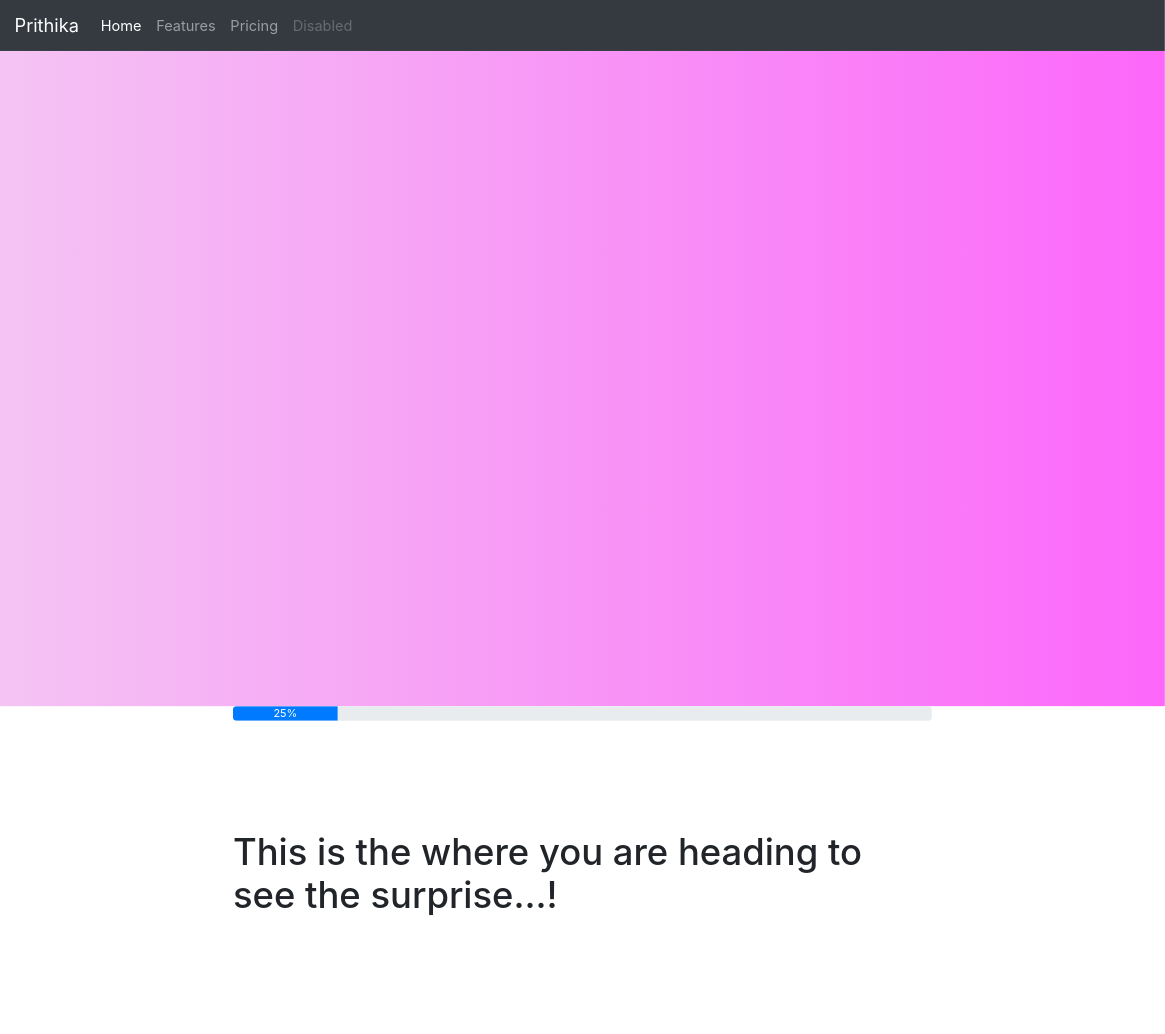
Repository: Imprasna/pritk
Page: index.html
The author's editor kept a copy of each file at every save. The page is drawn from the files as they stood at one save, then again after the next save.
The browser window is 1280 px wide. The pictures show the whole page, at 91% of full size.

Above is the page before, as saved 2021-12-15 14:19:40.

### index.html
<!DOCTYPE html>
<html lang="en">

<head>
    <meta charset="UTF-8">
    <meta http-equiv="X-UA-Compatible" content="IE=edge">
    <meta name="viewport" content="width=device-width, initial-scale=1.0">
    <link rel="stylesheet" href="style.css">
    <link rel="stylesheet" href="https://cdn.jsdelivr.net/npm/bootstrap@4.6.1/dist/css/bootstrap.min.css" integrity="sha384-zCbKRCUGaJDkqS1kPbPd7TveP5iyJE0EjAuZQTgFLD2ylzuqKfdKlfG/eSrtxUkn" crossorigin="anonymous">
    <title>Prithika</title>
</head>

<body>

    <header>
        <nav class="navbar navbar-expand-lg navbar-dark bg-dark">
            <a class="navbar-brand" href="#">Prithika</a>
            <button class="navbar-toggler" type="button" data-toggle="collapse" data-target="#navbarNav" aria-controls="navbarNav" aria-expanded="false" aria-label="Toggle navigation">
              <span class="navbar-toggler-icon"></span>
            </button>
            <div class="collapse navbar-collapse" id="navbarNav">
              <ul class="navbar-nav">
                <li class="nav-item active">
                  <a class="nav-link" href="#">Home <span class="sr-only">(current)</span></a>
                </li>
                <li class="nav-item">
                  <a class="nav-link" href="#">Features</a>
                </li>
                <li class="nav-item">
                  <a class="nav-link" href="#">Pricing</a>
                </li>
                <li class="nav-item">
                  <a class="nav-link disabled">Disabled</a>
                </li>
              </ul>
            </div>
          </nav>
    </header>



    <main>

        <section>
            <div class="hero">

            </div>
        </section>

        <section>
            <div class="two">
            <div class="progress">
                <div class="progress-bar" role="progressbar" style="width: 15%;" aria-valuenow="25" aria-valuemin="0" aria-valuemax="100">25%</div>
              </div>
            <h1>This is the where you are heading to see the surprise...!</h1>
        </div>
        </section>


    </main>

    <footer>

    </footer>










    <script src="https://cdn.jsdelivr.net/npm/jquery@3.5.1/dist/jquery.slim.min.js" integrity="sha384-DfXdz2htPH0lsSSs5nCTpuj/zy4C+OGpamoFVy38MVBnE+IbbVYUew+OrCXaRkfj" crossorigin="anonymous"></script>
    <script src="https://cdn.jsdelivr.net/npm/popper.js@1.16.1/dist/umd/popper.min.js" integrity="sha384-9/reFTGAW83EW2RDu2S0VKaIzap3H66lZH81PoYlFhbGU+6BZp6G7niu735Sk7lN" crossorigin="anonymous"></script>
    <script src="https://cdn.jsdelivr.net/npm/bootstrap@4.6.1/dist/js/bootstrap.min.js" integrity="sha384-VHvPCCyXqtD5DqJeNxl2dtTyhF78xXNXdkwX1CZeRusQfRKp+tA7hAShOK/B/fQ2" crossorigin="anonymous"></script>
    <script src="app.js"></script>
</body>

</html>

### style.css
@import url('https://fonts.googleapis.com/css2?family=Mulish:wght@200;300;400;500;600;700&display=swap');

* {
    margin: 0;
    padding: 0;
    box-sizing: border-box;
}

html, body {
    font-family: 'Mulish', sans-serif;
    scroll-behavior: smooth;
}

.hero {
    height: 100vh;
    width: 100%;
    background: linear-gradient(to right, #f4c4f3, #fc67fa);
}

.two {
    width: 60%;
    margin: 0 auto;
    height: 50vh;
    display: grid;
    pi
}

### app.js
$(document).ready(function() {

    // Transition effect for navbar and back-to-top icon
    $(window).scroll(function() {
      // checks if window is scrolled more than 500px, adds/removes solid class
      if($(this).scrollTop() > 550) {
          $('.navbar').addClass('solid');
          $('.back-to-top').addClass('visible');
      } else {
          $('.navbar').removeClass('solid');
          $('.back-to-top').removeClass('visible');
      }

    });


    // Scrolling effect for Arrow icons
    $("#scrollIcon").click(function(e) {
        e.preventDefault();
        $.scrollTo($("#about"), 1000);
    });
    $("#nav-about").click(function(e) {
        e.preventDefault();
        $.scrollTo($("#about"), 1000);
    });
    $("#nav-portfolio").click(function(e) {
        e.preventDefault();
        $.scrollTo($("#portfolio"), 1000);
    });
    $("#nav-contact").click(function(e) {
        e.preventDefault();
        $.scrollTo($("#contact"), 1000);
    });
    $(".navbar-brand").click(function(e) {
        e.preventDefault();
        $.scrollTo(0, 1000);
    });

  });

After the next save:
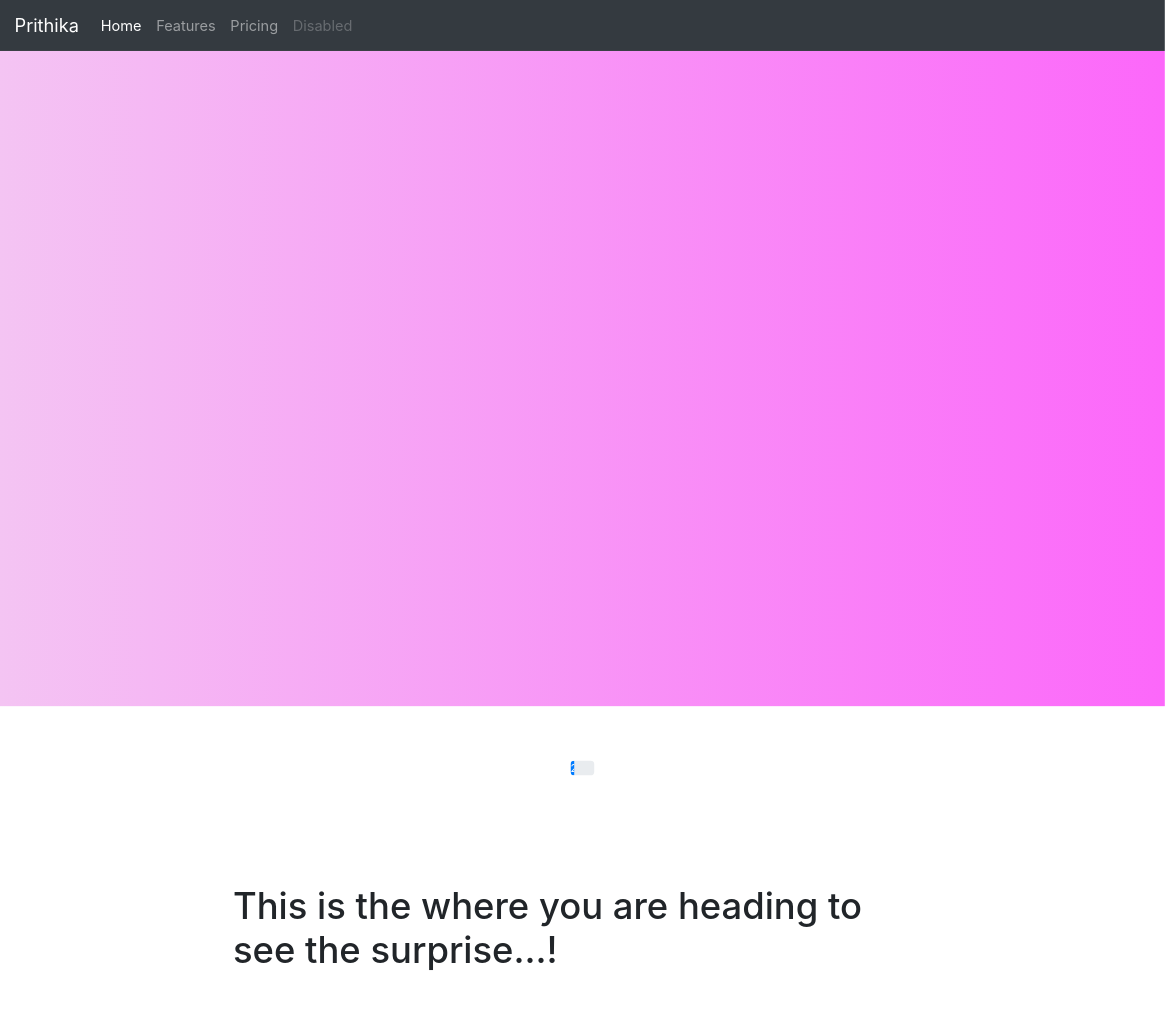
Saved 6 s later.
--- a/style.css
+++ b/style.css
@@ -22,5 +22,5 @@ html, body {
     margin: 0 auto;
     height: 50vh;
     display: grid;
-    pi
+    place-items: center;
 }
